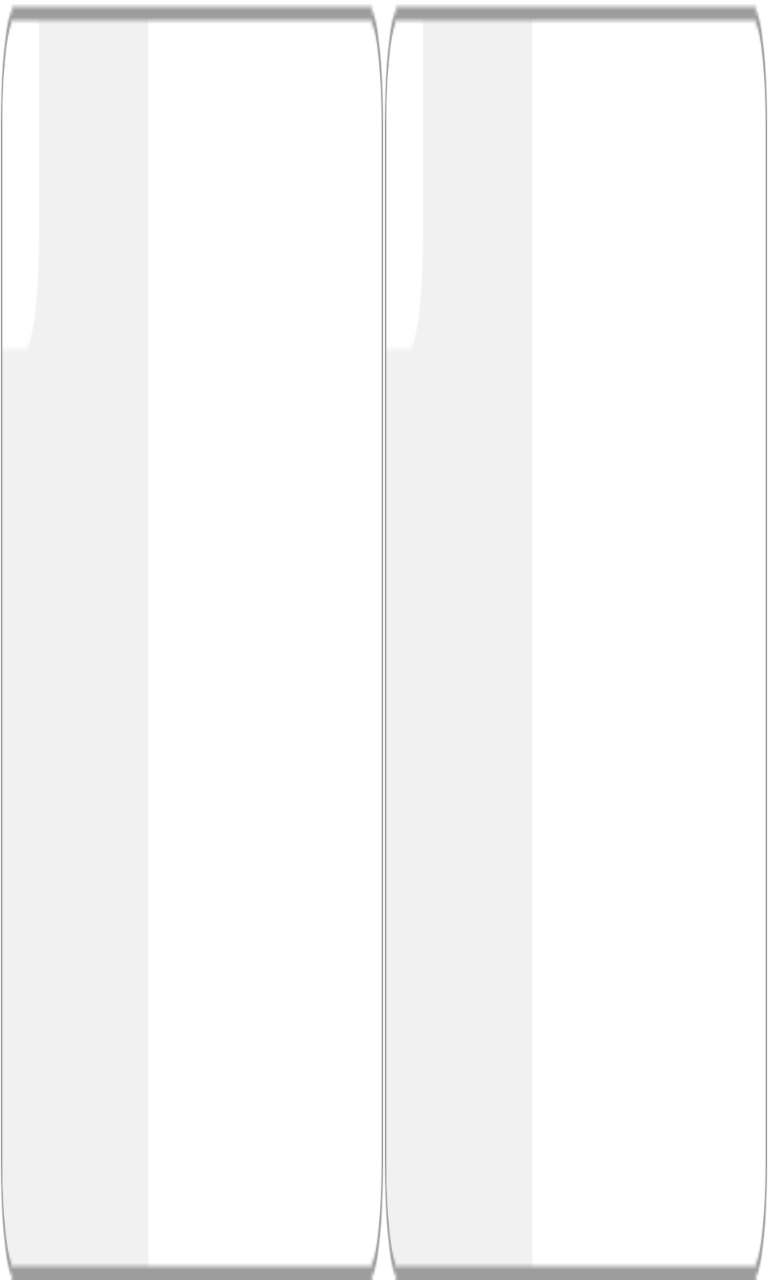
Repository: dokwon/mingle_final_client
Layout: mingle/res/layout/vote_row.xml
An editor plug-in stored every save of this project. The layout is shown before and after the next save, followed by the edit.
It is drawn on a 768 x 1280 px phone screen (xhdpi) without system bars, with theme WhiteTheme; the app's code is not run.

Above is the layout before, as saved 2014-08-06 03:19:27.

After the next save:
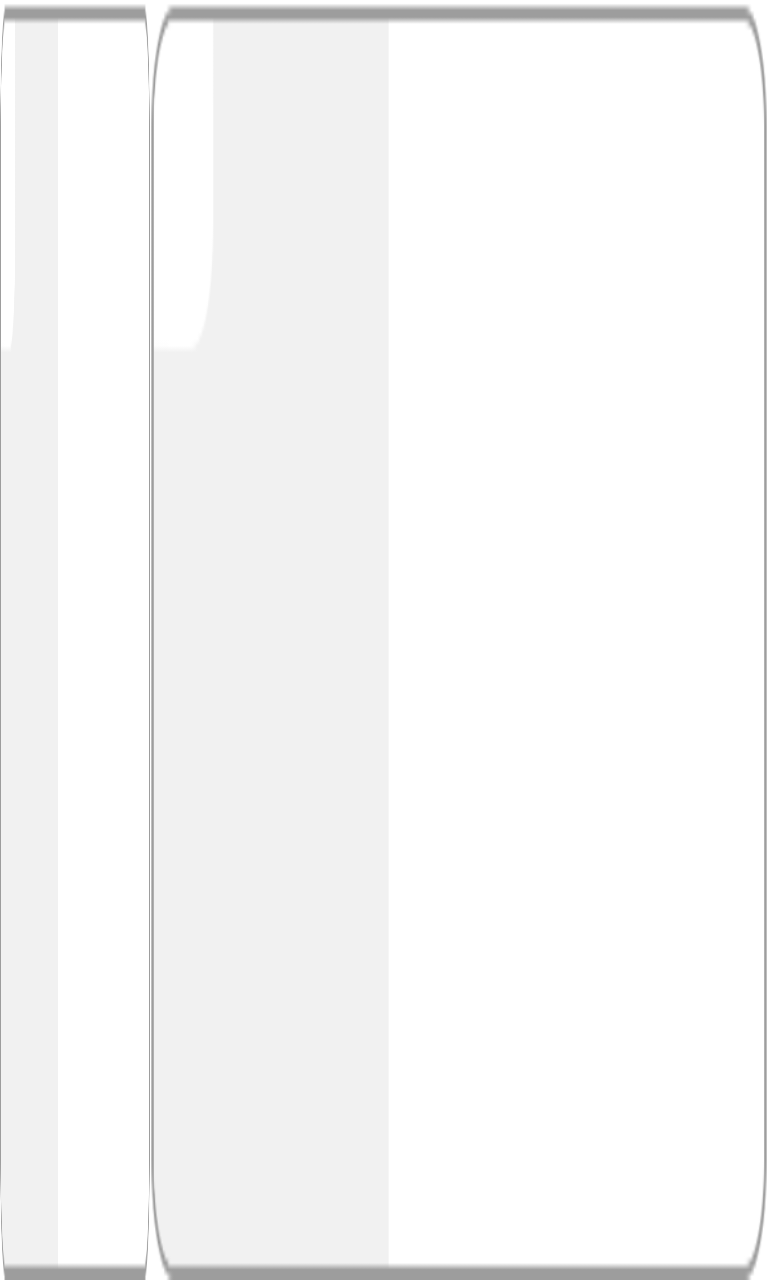
Saved 2 min 9 s later.
--- a/mingle/res/layout/vote_row.xml
+++ b/mingle/res/layout/vote_row.xml
@@ -5,7 +5,7 @@
     android:orientation="horizontal" >
 
 
-    <LinearLayout android:layout_weight="1" android:layout_height="fill_parent" android:layout_width="fill_parent">
+    <LinearLayout android:layout_weight="1" android:layout_height="fill_parent" android:layout_width="150dp">
         <RelativeLayout
             android:orientation="vertical"
             android:id="@+id/female_vote_rl"
